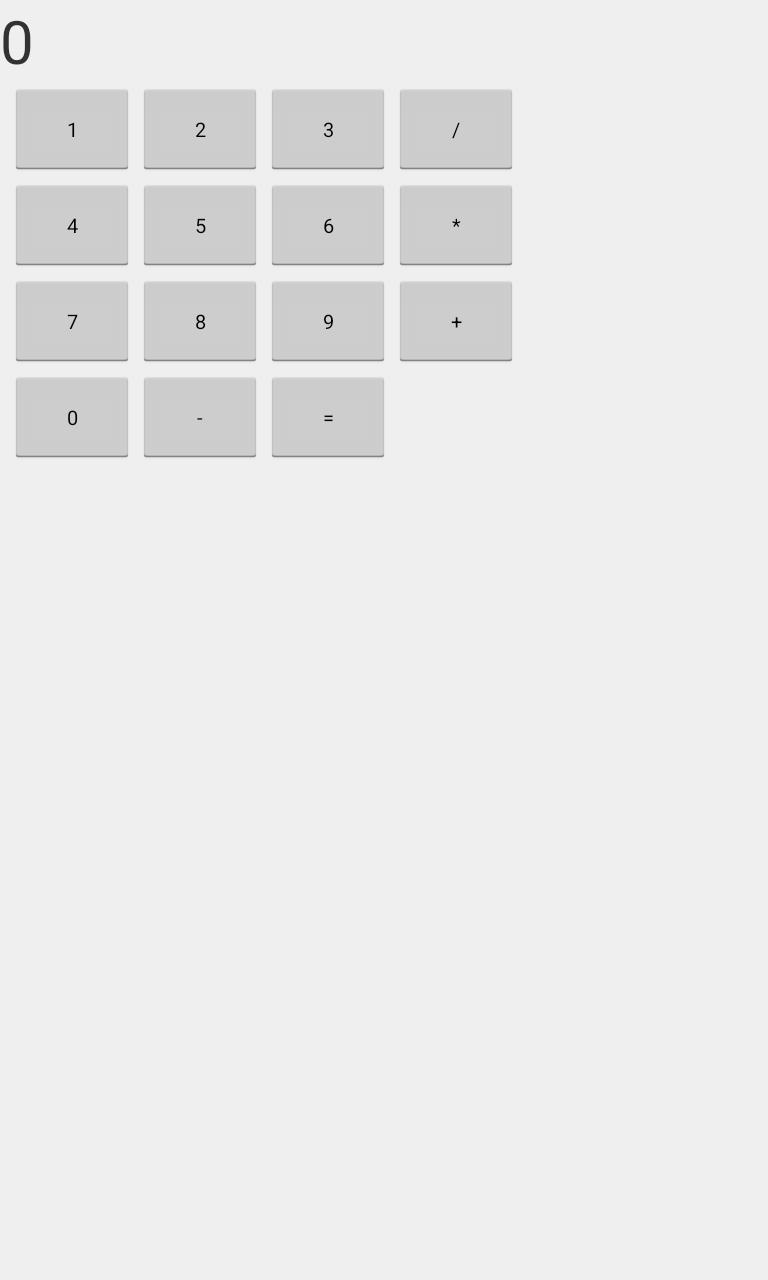
Repository: mariofer82/Calculadora
Layout: Aplicacion1/res/layout/activity_main.xml
These files come from the project's save history. The layout is drawn as it stood at one moment and after the next save; the edit follows.
It is drawn on a 768 x 1280 px phone screen (xhdpi) without system bars, with theme AppTheme; the app's code is not run.

Above is the layout before, as saved 2013-08-23 17:26:06.

After the next save:
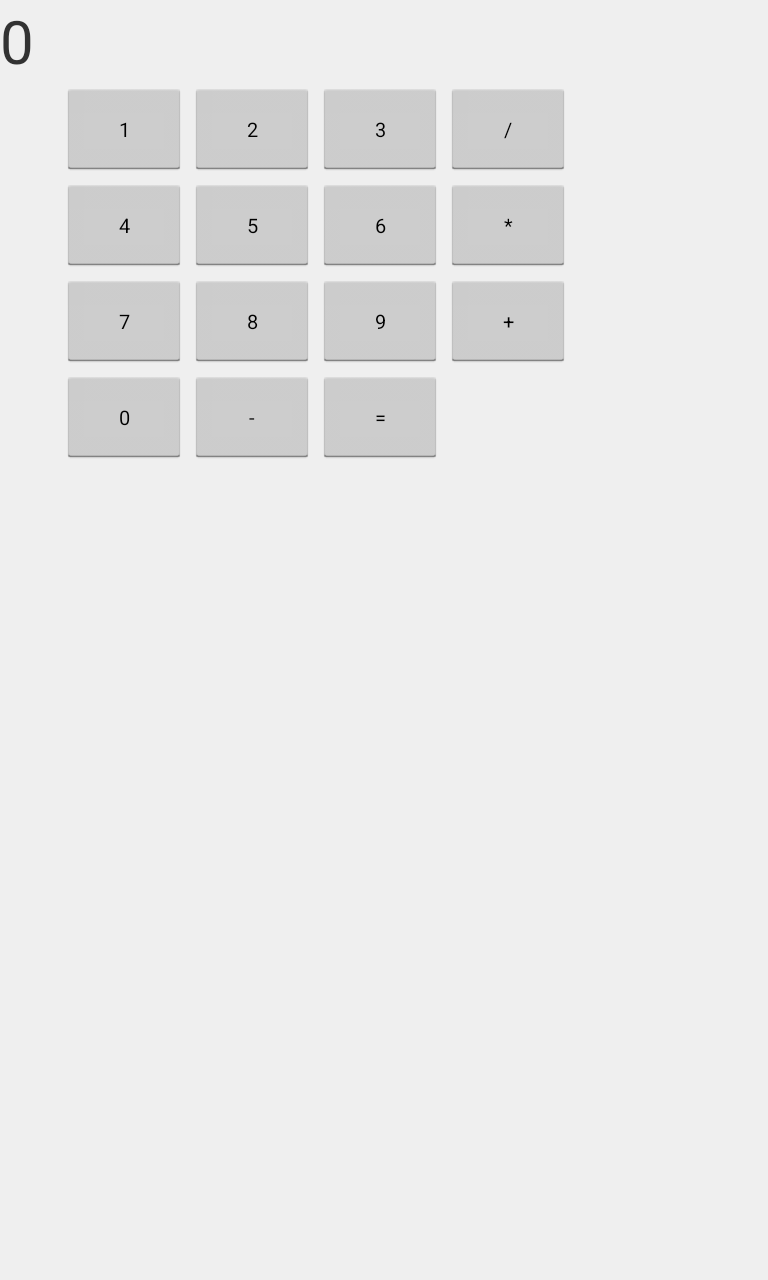
Saved 9 s later.
--- a/Aplicacion1/res/layout/activity_main.xml
+++ b/Aplicacion1/res/layout/activity_main.xml
@@ -15,7 +15,7 @@ android:text="0"
 
 <TableLayout
     xmlns:android="http://schemas.android.com/apk/res/android"
-    android:layout_width="260dp"
+    android:layout_width="286dp"
     android:layout_height="fill_parent"
     android:stretchColumns="1" >
 
